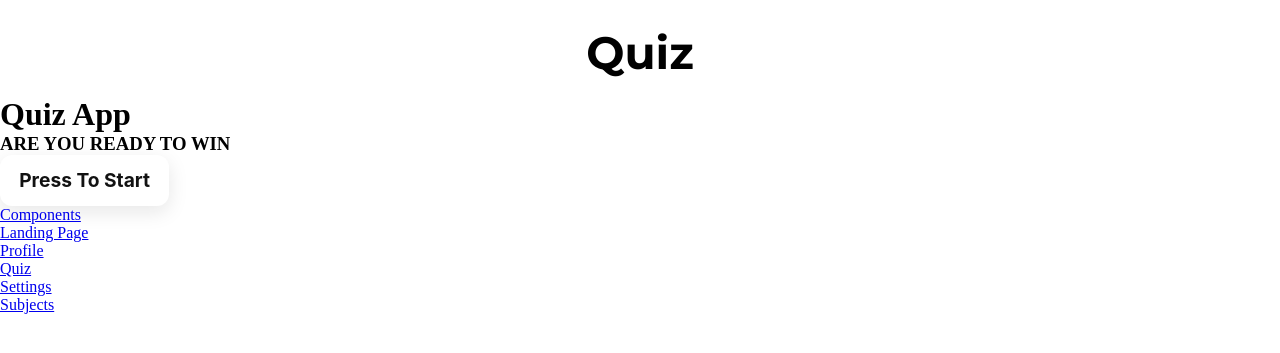
Repository: 1medi/pocketprof
Page: /QuizPage
The author's editor kept a copy of each file at every save. The page is drawn from the files as they stood at one save, then again after the next save.
The browser window is 1280 px wide. The pictures show the whole page.
The project was rebuilt for these pictures with package versions that can differ from the ones it lists, and the page was loaded fresh each time. The framework's server and built-in components were replaced by stand-ins that run in the browser. Also part of the build but not shown: next.config.mjs, Components/Buttons/Oscar/Oscar.module.css, Components/Buttons/Oscar/index.js.

Above is the page before, as saved 2024-04-13 20:17:14.

After the next save:
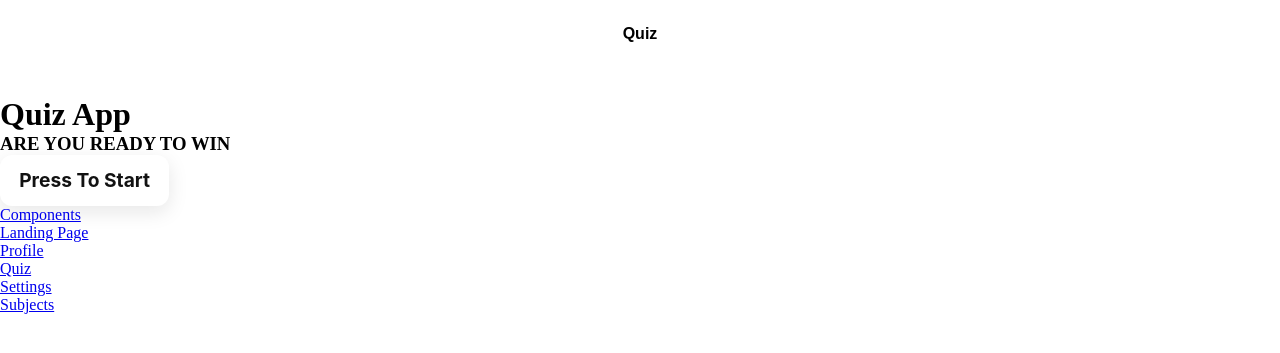
Saved 67 s later.
--- a/Components/Header/Header.module.css
+++ b/Components/Header/Header.module.css
@@ -10,6 +10,6 @@
   justify-content: center;
   color: black;
   padding-top: 25px;
-  font-family: "Montserrat", "sans-serif";
-  font-size: 34pt;
+  font-family: var(--headings);
+  font-size: var(--section-header);
 }
